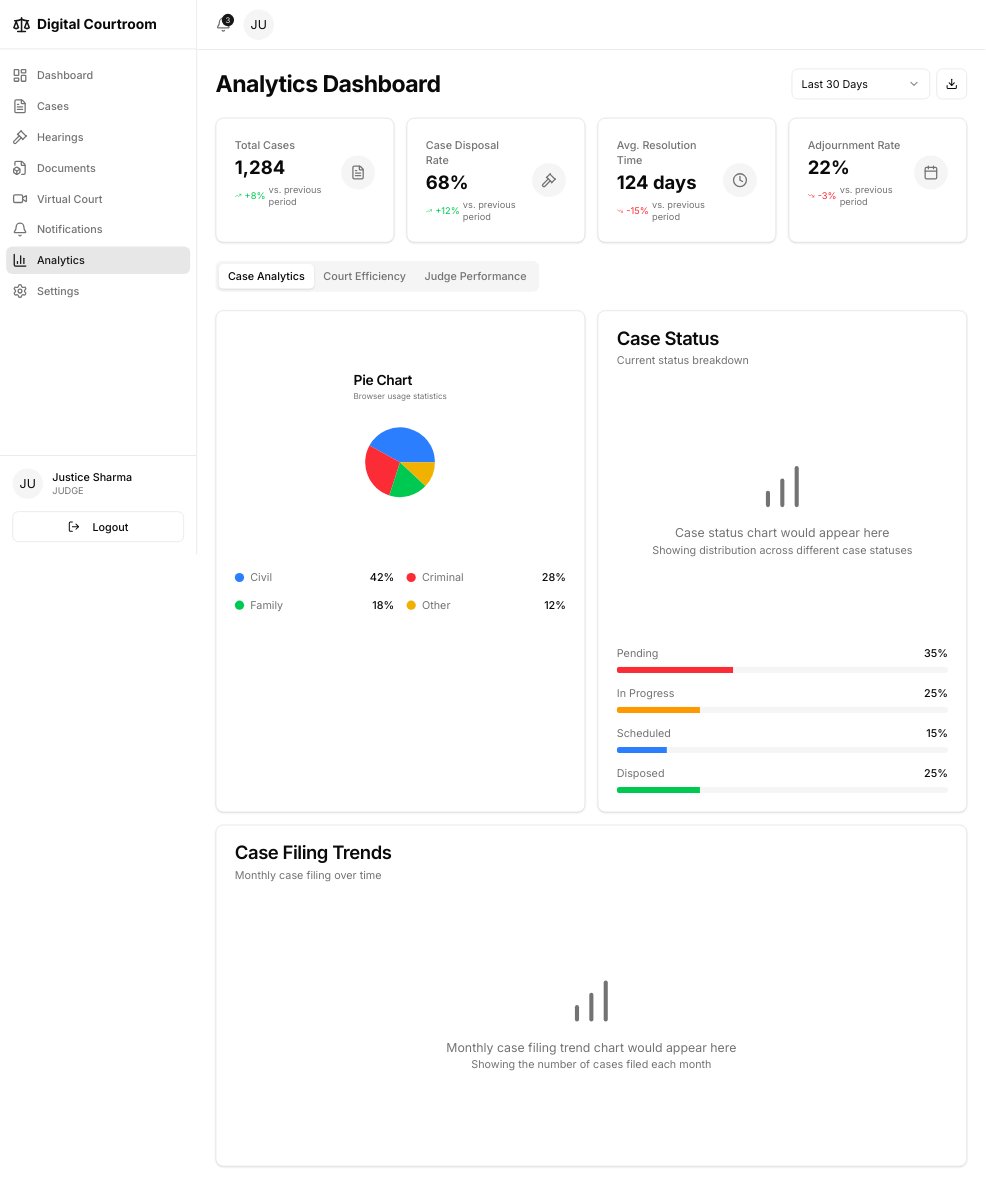
Repository: n0tank3sh/digicourt
Page: /analytics (app in frontend/)
The author's editor kept a copy of each file at every save. The page is drawn from the files as they stood at one save, then again after a run of saves.
The browser window is 1280 px wide. The pictures show the whole page, at 77% of full size.
The project was rebuilt for these pictures with package versions that can differ from the ones it lists, and the page was loaded fresh each time. The framework's server and built-in components were replaced by stand-ins that run in the browser. Also part of the build but not shown: frontend/next.config.ts.

Above is the page before, as saved 2025-03-26 22:30:46.

### frontend/src/components/ui/card.tsx
import * as React from "react"

import { cn } from "@/lib/utils"

const Card = React.forwardRef<
  HTMLDivElement,
  React.HTMLAttributes<HTMLDivElement>
>(({ className, ...props }, ref) => (
  <div
    ref={ref}
    className={cn(
      "rounded-lg border bg-card text-card-foreground shadow-sm",
      className
    )}
    {...props}
  />
))
Card.displayName = "Card"

const CardHeader = React.forwardRef<
  HTMLDivElement,
  React.HTMLAttributes<HTMLDivElement>
>(({ className, ...props }, ref) => (
  <div
    ref={ref}
    className={cn("flex flex-col space-y-1.5 p-6", className)}
    {...props}
  />
))
CardHeader.displayName = "CardHeader"

const CardTitle = React.forwardRef<
  HTMLDivElement,
  React.HTMLAttributes<HTMLDivElement>
>(({ className, ...props }, ref) => (
  <div
    ref={ref}
    className={cn(
      "text-2xl font-semibold leading-none tracking-tight",
      className
    )}
    {...props}
  />
))
CardTitle.displayName = "CardTitle"

const CardDescription = React.forwardRef<
  HTMLDivElement,
  React.HTMLAttributes<HTMLDivElement>
>(({ className, ...props }, ref) => (
  <div
    ref={ref}
    className={cn("text-sm text-muted-foreground", className)}
    {...props}
  />
))
CardDescription.displayName = "CardDescription"

const CardContent = React.forwardRef<
  HTMLDivElement,
  React.HTMLAttributes<HTMLDivElement>
>(({ className, ...props }, ref) => (
  <div ref={ref} className={cn("p-6 pt-0", className)} {...props} />
))
CardContent.displayName = "CardContent"

const CardFooter = React.forwardRef<
  HTMLDivElement,
  React.HTMLAttributes<HTMLDivElement>
>(({ className, ...props }, ref) => (
  <div
    ref={ref}
    className={cn("flex items-center p-6 pt-0", className)}
    {...props}
  />
))
CardFooter.displayName = "CardFooter"

export { Card, CardHeader, CardFooter, CardTitle, CardDescription, CardContent }

### frontend/src/components/ui/tabs.tsx
"use client"

import * as React from "react"
import * as TabsPrimitive from "@radix-ui/react-tabs"

import { cn } from "@/lib/utils"

const Tabs = TabsPrimitive.Root

const TabsList = React.forwardRef<
  React.ElementRef<typeof TabsPrimitive.List>,
  React.ComponentPropsWithoutRef<typeof TabsPrimitive.List>
>(({ className, ...props }, ref) => (
  <TabsPrimitive.List
    ref={ref}
    className={cn(
      "inline-flex h-10 items-center justify-center rounded-md bg-muted p-1 text-muted-foreground",
      className
    )}
    {...props}
  />
))
TabsList.displayName = TabsPrimitive.List.displayName

const TabsTrigger = React.forwardRef<
  React.ElementRef<typeof TabsPrimitive.Trigger>,
  React.ComponentPropsWithoutRef<typeof TabsPrimitive.Trigger>
>(({ className, ...props }, ref) => (
  <TabsPrimitive.Trigger
    ref={ref}
    className={cn(
      "inline-flex items-center justify-center whitespace-nowrap rounded-sm px-3 py-1.5 text-sm font-medium ring-offset-background transition-all focus-visible:outline-none focus-visible:ring-2 focus-visible:ring-ring focus-visible:ring-offset-2 disabled:pointer-events-none disabled:opacity-50 data-[state=active]:bg-background data-[state=active]:text-foreground data-[state=active]:shadow-sm",
      className
    )}
    {...props}
  />
))
TabsTrigger.displayName = TabsPrimitive.Trigger.displayName

const TabsContent = React.forwardRef<
  React.ElementRef<typeof TabsPrimitive.Content>,
  React.ComponentPropsWithoutRef<typeof TabsPrimitive.Content>
>(({ className, ...props }, ref) => (
  <TabsPrimitive.Content
    ref={ref}
    className={cn(
      "mt-2 ring-offset-background focus-visible:outline-none focus-visible:ring-2 focus-visible:ring-ring focus-visible:ring-offset-2",
      className
    )}
    {...props}
  />
))
TabsContent.displayName = TabsPrimitive.Content.displayName

export { Tabs, TabsList, TabsTrigger, TabsContent }

### frontend/src/components/ui/select.tsx
"use client"

import * as React from "react"
import * as SelectPrimitive from "@radix-ui/react-select"
import { Check, ChevronDown, ChevronUp } from "lucide-react"

import { cn } from "@/lib/utils"

const Select = SelectPrimitive.Root

const SelectGroup = SelectPrimitive.Group

const SelectValue = SelectPrimitive.Value

const SelectTrigger = React.forwardRef<
  React.ElementRef<typeof SelectPrimitive.Trigger>,
  React.ComponentPropsWithoutRef<typeof SelectPrimitive.Trigger>
>(({ className, children, ...props }, ref) => (
  <SelectPrimitive.Trigger
    ref={ref}
    className={cn(
      "flex h-10 w-full items-center justify-between rounded-md border border-input bg-background px-3 py-2 text-sm ring-offset-background placeholder:text-muted-foreground focus:outline-none focus:ring-2 focus:ring-ring focus:ring-offset-2 disabled:cursor-not-allowed disabled:opacity-50 [&>span]:line-clamp-1",
      className
    )}
    {...props}
  >
    {children}
    <SelectPrimitive.Icon asChild>
      <ChevronDown className="h-4 w-4 opacity-50" />
    </SelectPrimitive.Icon>
  </SelectPrimitive.Trigger>
))
SelectTrigger.displayName = SelectPrimitive.Trigger.displayName

const SelectScrollUpButton = React.forwardRef<
  React.ElementRef<typeof SelectPrimitive.ScrollUpButton>,
  React.ComponentPropsWithoutRef<typeof SelectPrimitive.ScrollUpButton>
>(({ className, ...props }, ref) => (
  <SelectPrimitive.ScrollUpButton
    ref={ref}
    className={cn(
      "flex cursor-default items-center justify-center py-1",
      className
    )}
    {...props}
  >
    <ChevronUp className="h-4 w-4" />
  </SelectPrimitive.ScrollUpButton>
))
SelectScrollUpButton.displayName = SelectPrimitive.ScrollUpButton.displayName

const SelectScrollDownButton = React.forwardRef<
  React.ElementRef<typeof SelectPrimitive.ScrollDownButton>,
  React.ComponentPropsWithoutRef<typeof SelectPrimitive.ScrollDownButton>
>(({ className, ...props }, ref) => (
  <SelectPrimitive.ScrollDownButton
    ref={ref}
    className={cn(
      "flex cursor-default items-center justify-center py-1",
      className
    )}
    {...props}
  >
    <ChevronDown className="h-4 w-4" />
  </SelectPrimitive.ScrollDownButton>
))
SelectScrollDownButton.displayName =
  SelectPrimitive.ScrollDownButton.displayName

const SelectContent = React.forwardRef<
  React.ElementRef<typeof SelectPrimitive.Content>,
  React.ComponentPropsWithoutRef<typeof SelectPrimitive.Content>
>(({ className, children, position = "popper", ...props }, ref) => (
  <SelectPrimitive.Portal>
    <SelectPrimitive.Content
      ref={ref}
      className={cn(
        "relative z-50 max-h-96 min-w-[8rem] overflow-hidden rounded-md border bg-popover text-popover-foreground shadow-md data-[state=open]:animate-in data-[state=closed]:animate-out data-[state=closed]:fade-out-0 data-[state=open]:fade-in-0 data-[state=closed]:zoom-out-95 data-[state=open]:zoom-in-95 data-[side=bottom]:slide-in-from-top-2 data-[side=left]:slide-in-from-right-2 data-[side=right]:slide-in-from-left-2 data-[side=top]:slide-in-from-bottom-2",
        position === "popper" &&
          "data-[side=bottom]:translate-y-1 data-[side=left]:-translate-x-1 data-[side=right]:translate-x-1 data-[side=top]:-translate-y-1",
        className
      )}
      position={position}
      {...props}
    >
      <SelectScrollUpButton />
      <SelectPrimitive.Viewport
        className={cn(
          "p-1",
          position === "popper" &&
            "h-[var(--radix-select-trigger-height)] w-full min-w-[var(--radix-select-trigger-width)]"
        )}
      >
        {children}
      </SelectPrimitive.Viewport>
      <SelectScrollDownButton />
    </SelectPrimitive.Content>
  </SelectPrimitive.Portal>
))
SelectContent.displayName = SelectPrimitive.Content.displayName

const SelectLabel = React.forwardRef<
  React.ElementRef<typeof SelectPrimitive.Label>,
  React.ComponentPropsWithoutRef<typeof SelectPrimitive.Label>
>(({ className, ...props }, ref) => (
  <SelectPrimitive.Label
    ref={ref}
    className={cn("py-1.5 pl-8 pr-2 text-sm font-semibold", className)}
    {...props}
  />
))
SelectLabel.displayName = SelectPrimitive.Label.displayName

const SelectItem = React.forwardRef<
  React.ElementRef<typeof SelectPrimitive.Item>,
  React.ComponentPropsWithoutRef<typeof SelectPrimitive.Item>
>(({ className, children, ...props }, ref) => (
  <SelectPrimitive.Item
    ref={ref}
    className={cn(
      "relative flex w-full cursor-default select-none items-center rounded-sm py-1.5 pl-8 pr-2 text-sm outline-none focus:bg-accent focus:text-accent-foreground data-[disabled]:pointer-events-none data-[disabled]:opacity-50",
      className
    )}
    {...props}
  >
    <span className="absolute left-2 flex h-3.5 w-3.5 items-center justify-center">
      <SelectPrimitive.ItemIndicator>
        <Check className="h-4 w-4" />
      </SelectPrimitive.ItemIndicator>
    </span>

    <SelectPrimitive.ItemText>{children}</SelectPrimitive.ItemText>
  </SelectPrimitive.Item>
))
SelectItem.displayName = SelectPrimitive.Item.displayName

const SelectSeparator = React.forwardRef<
  React.ElementRef<typeof SelectPrimitive.Separator>,
  React.ComponentPropsWithoutRef<typeof SelectPrimitive.Separator>
>(({ className, ...props }, ref) => (
  <SelectPrimitive.Separator
    ref={ref}
    className={cn("-mx-1 my-1 h-px bg-muted", className)}
    {...props}
  />
))
SelectSeparator.displayName = SelectPrimitive.Separator.displayName

export {
  Select,
  SelectGroup,
  SelectValue,
  SelectTrigger,
  SelectContent,
  SelectLabel,
  SelectItem,
  SelectSeparator,
  SelectScrollUpButton,
  SelectScrollDownButton,
}

### frontend/src/types/index.ts
// User Types
export enum UserRole {
  JUDGE = "JUDGE",
  LAWYER = "LAWYER",
  COURT_STAFF = "COURT_STAFF",
  CITIZEN = "CITIZEN",
  ADMIN = "ADMIN",
}

export interface User {
  id: string
  name: string
  email: string
  role: UserRole
  barId?: string // For lawyers
  courtId?: string // For judges and court staff
  createdAt: Date
  updatedAt: Date
}

// Case Types
export enum CaseStatus {
  FILED = "FILED",
  PENDING = "PENDING",
  IN_PROGRESS = "IN_PROGRESS",
  SCHEDULED = "SCHEDULED",
  ADJOURNED = "ADJOURNED",
  DISPOSED = "DISPOSED",
  CLOSED = "CLOSED",
}

export enum CaseType {
  CIVIL = "CIVIL",
  CRIMINAL = "CRIMINAL",
  FAMILY = "FAMILY",
  CORPORATE = "CORPORATE",
  CONSTITUTIONAL = "CONSTITUTIONAL",
  OTHER = "OTHER",
}

export interface Case {
  id: string
  caseNumber: string
  title: string
  description: string
  type: CaseType
  status: CaseStatus
  filingDate: Date
  plaintiffs: string[] // IDs of involved parties
  defendants: string[] // IDs of involved parties
  judgerId?: string
  courtId: string
  createdAt: Date
  updatedAt: Date
}

// Hearing Types
export enum HearingType {
  PHYSICAL = "PHYSICAL",
  VIRTUAL = "VIRTUAL",
  HYBRID = "HYBRID",
}

export enum HearingStatus {
  SCHEDULED = "SCHEDULED",
  IN_PROGRESS = "IN_PROGRESS",
  COMPLETED = "COMPLETED",
  ADJOURNED = "ADJOURNED",
  CANCELLED = "CANCELLED",
}

export interface Hearing {
  id: string
  caseId: string
  scheduledDate: Date
  actualDate?: Date
  type: HearingType
  status: HearingStatus
  location: string // Court room or virtual link
  notes?: string
  attendees: string[] // IDs of attendees
  createdAt: Date
  updatedAt: Date
}

// Document Types
export enum DocumentType {
  PETITION = "PETITION",
  EVIDENCE = "EVIDENCE",
  AFFIDAVIT = "AFFIDAVIT",
  JUDGMENT = "JUDGMENT",
  ORDER = "ORDER",
  NOTICE = "NOTICE",
  OTHER = "OTHER",
}

export interface Document {
  id: string
  caseId: string
  title: string
  type: DocumentType
  fileUrl: string
  fileSize: number
  mimeType: string
  uploadedBy: string // User ID
  isPublic: boolean
  version: number
  createdAt: Date
  updatedAt: Date
}

// Notification Types
export enum NotificationType {
  CASE_UPDATE = "CASE_UPDATE",
  HEARING_SCHEDULED = "HEARING_SCHEDULED",
  HEARING_RESCHEDULED = "HEARING_RESCHEDULED",
  DOCUMENT_UPLOADED = "DOCUMENT_UPLOADED",
  SUMMONS = "SUMMONS",
  JUDGMENT_DELIVERED = "JUDGMENT_DELIVERED",
  OTHER = "OTHER",
}

export interface Notification {
  id: string
  userId: string
  type: NotificationType
  title: string
  message: string
  relatedId?: string // ID of related entity (case, hearing, etc.)
  isRead: boolean
  createdAt: Date
}

// Court Types
export interface Court {
  id: string
  name: string
  type: string
  address: string
  jurisdiction: string
  contactNumber: string
  email: string
  createdAt: Date
  updatedAt: Date
}

// Analytics Types
export interface CaseAnalytics {
  totalCases: number
  pendingCases: number
  disposedCases: number
  averageDisposalTime: number // in days
  casesByType: Record<CaseType, number>
  casesByStatus: Record<CaseStatus, number>
  monthlyCaseFiling: { month: string; count: number }[]
}

export interface CourtAnalytics {
  totalHearings: number
  completedHearings: number
  adjournedHearings: number
  averageHearingDuration: number // in minutes
  hearingsByType: Record<HearingType, number>
  courtUtilization: number // percentage
}

### frontend/src/components/ui/button.tsx
import * as React from "react"
import { Slot } from "@radix-ui/react-slot"
import { cva, type VariantProps } from "class-variance-authority"

import { cn } from "@/lib/utils"

const buttonVariants = cva(
  "inline-flex items-center justify-center gap-2 whitespace-nowrap rounded-md text-sm font-medium ring-offset-background transition-colors focus-visible:outline-none focus-visible:ring-2 focus-visible:ring-ring focus-visible:ring-offset-2 disabled:pointer-events-none disabled:opacity-50 [&_svg]:pointer-events-none [&_svg]:size-4 [&_svg]:shrink-0",
  {
    variants: {
      variant: {
        default: "bg-primary text-primary-foreground hover:bg-primary/90",
        destructive:
          "bg-destructive text-destructive-foreground hover:bg-destructive/90",
        outline:
          "border border-input bg-background hover:bg-accent hover:text-accent-foreground",
        secondary:
          "bg-secondary text-secondary-foreground hover:bg-secondary/80",
        ghost: "hover:bg-accent hover:text-accent-foreground",
        link: "text-primary underline-offset-4 hover:underline",
      },
      size: {
        default: "h-10 px-4 py-2",
        sm: "h-9 rounded-md px-3",
        lg: "h-11 rounded-md px-8",
        icon: "h-10 w-10",
      },
    },
    defaultVariants: {
      variant: "default",
      size: "default",
    },
  }
)

export interface ButtonProps
  extends React.ButtonHTMLAttributes<HTMLButtonElement>,
    VariantProps<typeof buttonVariants> {
  asChild?: boolean
}

const Button = React.forwardRef<HTMLButtonElement, ButtonProps>(
  ({ className, variant, size, asChild = false, ...props }, ref) => {
    const Comp = asChild ? Slot : "button"
    return (
      <Comp
        className={cn(buttonVariants({ variant, size, className }))}
        ref={ref}
        {...props}
      />
    )
  }
)
Button.displayName = "Button"

export { Button, buttonVariants }

### frontend/src/components/ui/piechart.tsx
"use client"
import { TrendingUp } from "lucide-react"
import { Pie, PieChart } from "recharts"
import {
    Card,
    CardContent,
    CardDescription,
    CardHeader,
    CardTitle,

} from "@/components/ui/card"
import {
    ChartConfig,
    ChartContainer,
    ChartTooltip,
    ChartTooltipContent,
} from "@/components/ui/chart"
const chartData = [
    { browser: "Civil", visitors: 42, fill: "var(--color-blue-500)" },
    { browser: "Criminal", visitors: 28, fill: "var(--color-red-500)" },
    { browser: "Family", visitors: 18, fill: "var(--color-green-500)" },
    { browser: "other", visitors: 12, fill: "var(--color-yellow-500)" },
]
const chartConfig = {
    visitors: {
        label: "Visitors",
    },
    chrome: {
        label: "Chrome",
        color: "hsl(var(--chart-1))",
    },
    safari: {
        label: "Safari",
        color: "hsl(var(--chart-2))",
    },
    firefox: {
        label: "Firefox",
        color: "hsl(var(--chart-3))",
    },
    edge: {
        label: "Edge",
        color: "hsl(var(--chart-4))",
    },
    other: {
        label: "Other",
        color: "hsl(var(--chart-5))",
    },
} satisfies ChartConfig
export function PieChartComponent() {
    return (
        <Card className="flex flex-col shadow-none scale-75 border-none p-10 ">
            <CardHeader className="bg-transparent">
               <CardTitle>Pie Chart</CardTitle>
                <CardDescription>Browser usage statistics</CardDescription>

            </CardHeader>
            <CardContent className="flex-1 pb-0 ">
                <ChartContainer
                    config={chartConfig}
                    className="mx-auto   aspect-square max-h-[250px] pb-0 [&_.recharts-pie-label-text]:fill-foreground"
                >
                    <PieChart>
                        <ChartTooltip content={<ChartTooltipContent hideLabel/>} />
                        <Pie data={chartData} dataKey="visitors"  nameKey="browser" />
                    </PieChart>
                </ChartContainer>
            </CardContent>

        </Card>
    )
}

### frontend/src/components/ui/avatar.tsx
"use client"

import * as React from "react"
import * as AvatarPrimitive from "@radix-ui/react-avatar"

import { cn } from "@/lib/utils"

const Avatar = React.forwardRef<
  React.ElementRef<typeof AvatarPrimitive.Root>,
  React.ComponentPropsWithoutRef<typeof AvatarPrimitive.Root>
>(({ className, ...props }, ref) => (
  <AvatarPrimitive.Root
    ref={ref}
    className={cn(
      "relative flex h-10 w-10 shrink-0 overflow-hidden rounded-full",
      className
    )}
    {...props}
  />
))
Avatar.displayName = AvatarPrimitive.Root.displayName

const AvatarImage = React.forwardRef<
  React.ElementRef<typeof AvatarPrimitive.Image>,
  React.ComponentPropsWithoutRef<typeof AvatarPrimitive.Image>
>(({ className, ...props }, ref) => (
  <AvatarPrimitive.Image
    ref={ref}
    className={cn("aspect-square h-full w-full", className)}
    {...props}
  />
))
AvatarImage.displayName = AvatarPrimitive.Image.displayName

const AvatarFallback = React.forwardRef<
  React.ElementRef<typeof AvatarPrimitive.Fallback>,
  React.ComponentPropsWithoutRef<typeof AvatarPrimitive.Fallback>
>(({ className, ...props }, ref) => (
  <AvatarPrimitive.Fallback
    ref={ref}
    className={cn(
      "flex h-full w-full items-center justify-center rounded-full bg-muted",
      className
    )}
    {...props}
  />
))
AvatarFallback.displayName = AvatarPrimitive.Fallback.displayName

export { Avatar, AvatarImage, AvatarFallback }

### frontend/src/components/ui/sheet.tsx
"use client"

import * as React from "react"
import * as SheetPrimitive from "@radix-ui/react-dialog"
import { cva, type VariantProps } from "class-variance-authority"
import { X } from "lucide-react"

import { cn } from "@/lib/utils"

const Sheet = SheetPrimitive.Root

const SheetTrigger = SheetPrimitive.Trigger

const SheetClose = SheetPrimitive.Close

const SheetPortal = SheetPrimitive.Portal

const SheetOverlay = React.forwardRef<
  React.ElementRef<typeof SheetPrimitive.Overlay>,
  React.ComponentPropsWithoutRef<typeof SheetPrimitive.Overlay>
>(({ className, ...props }, ref) => (
  <SheetPrimitive.Overlay
    className={cn(
      "fixed inset-0 z-50 bg-black/80  data-[state=open]:animate-in data-[state=closed]:animate-out data-[state=closed]:fade-out-0 data-[state=open]:fade-in-0",
      className
    )}
    {...props}
    ref={ref}
  />
))
SheetOverlay.displayName = SheetPrimitive.Overlay.displayName

const sheetVariants = cva(
  "fixed z-50 gap-4 bg-background p-6 shadow-lg transition ease-in-out data-[state=open]:animate-in data-[state=closed]:animate-out data-[state=closed]:duration-300 data-[state=open]:duration-500",
  {
    variants: {
      side: {
        top: "inset-x-0 top-0 border-b data-[state=closed]:slide-out-to-top data-[state=open]:slide-in-from-top",
        bottom:
          "inset-x-0 bottom-0 border-t data-[state=closed]:slide-out-to-bottom data-[state=open]:slide-in-from-bottom",
        left: "inset-y-0 left-0 h-full w-3/4 border-r data-[state=closed]:slide-out-to-left data-[state=open]:slide-in-from-left sm:max-w-sm",
        right:
          "inset-y-0 right-0 h-full w-3/4  border-l data-[state=closed]:slide-out-to-right data-[state=open]:slide-in-from-right sm:max-w-sm",
      },
    },
    defaultVariants: {
      side: "right",
    },
  }
)

interface SheetContentProps
  extends React.ComponentPropsWithoutRef<typeof SheetPrimitive.Content>,
    VariantProps<typeof sheetVariants> {}

const SheetContent = React.forwardRef<
  React.ElementRef<typeof SheetPrimitive.Content>,
  SheetContentProps
>(({ side = "right", className, children, ...props }, ref) => (
  <SheetPortal>
    <SheetOverlay />
    <SheetPrimitive.Content
      ref={ref}
      className={cn(sheetVariants({ side }), className)}
      {...props}
    >
      {children}
      <SheetPrimitive.Close className="absolute right-4 top-4 rounded-sm opacity-70 ring-offset-background transition-opacity hover:opacity-100 focus:outline-none focus:ring-2 focus:ring-ring focus:ring-offset-2 disabled:pointer-events-none data-[state=open]:bg-secondary">
        <X className="h-4 w-4" />
        <span className="sr-only">Close</span>
      </SheetPrimitive.Close>
    </SheetPrimitive.Content>
  </SheetPortal>
))
SheetContent.displayName = SheetPrimitive.Content.displayName

const SheetHeader = ({
  className,
  ...props
}: React.HTMLAttributes<HTMLDivElement>) => (
  <div
    className={cn(
      "flex flex-col space-y-2 text-center sm:text-left",
      className
    )}
    {...props}
  />
)
SheetHeader.displayName = "SheetHeader"

const SheetFooter = ({
  className,
  ...props
}: React.HTMLAttributes<HTMLDivElement>) => (
  <div
    className={cn(
      "flex flex-col-reverse sm:flex-row sm:justify-end sm:space-x-2",
      className
    )}
    {...props}
  />
)
SheetFooter.displayName = "SheetFooter"

const SheetTitle = React.forwardRef<
  React.ElementRef<typeof SheetPrimitive.Title>,
  React.ComponentPropsWithoutRef<typeof SheetPrimitive.Title>
>(({ className, ...props }, ref) => (
  <SheetPrimitive.Title
    ref={ref}
    className={cn("text-lg font-semibold text-foreground", className)}
    {...props}
  />
))
SheetTitle.displayName = SheetPrimitive.Title.displayName

const SheetDescription = React.forwardRef<
  React.ElementRef<typeof SheetPrimitive.Description>,
  React.ComponentPropsWithoutRef<typeof SheetPrimitive.Description>
>(({ className, ...props }, ref) => (
  <SheetPrimitive.Description
    ref={ref}
    className={cn("text-sm text-muted-foreground", className)}
    {...props}
  />
))
SheetDescription.displayName = SheetPrimitive.Description.displayName

export {
  Sheet,
  SheetPortal,
  SheetOverlay,
  SheetTrigger,
  SheetClose,
  SheetContent,
  SheetHeader,
  SheetFooter,
  SheetTitle,
  SheetDescription,
}

Loaded but not shown: frontend/src/app/layout.tsx (common file); frontend/src/components/theme-provider.tsx (common file); frontend/src/lib/utils.ts (common file); frontend/src/app/analytics/page.tsx (352 lines, source omitted); frontend/src/components/ui/chart.tsx (365 lines, source omitted); frontend/src/components/layout/main-layout.tsx (187 lines, source omitted); frontend/src/app/globals.css (200 lines, source omitted)

After the next 2 saves:
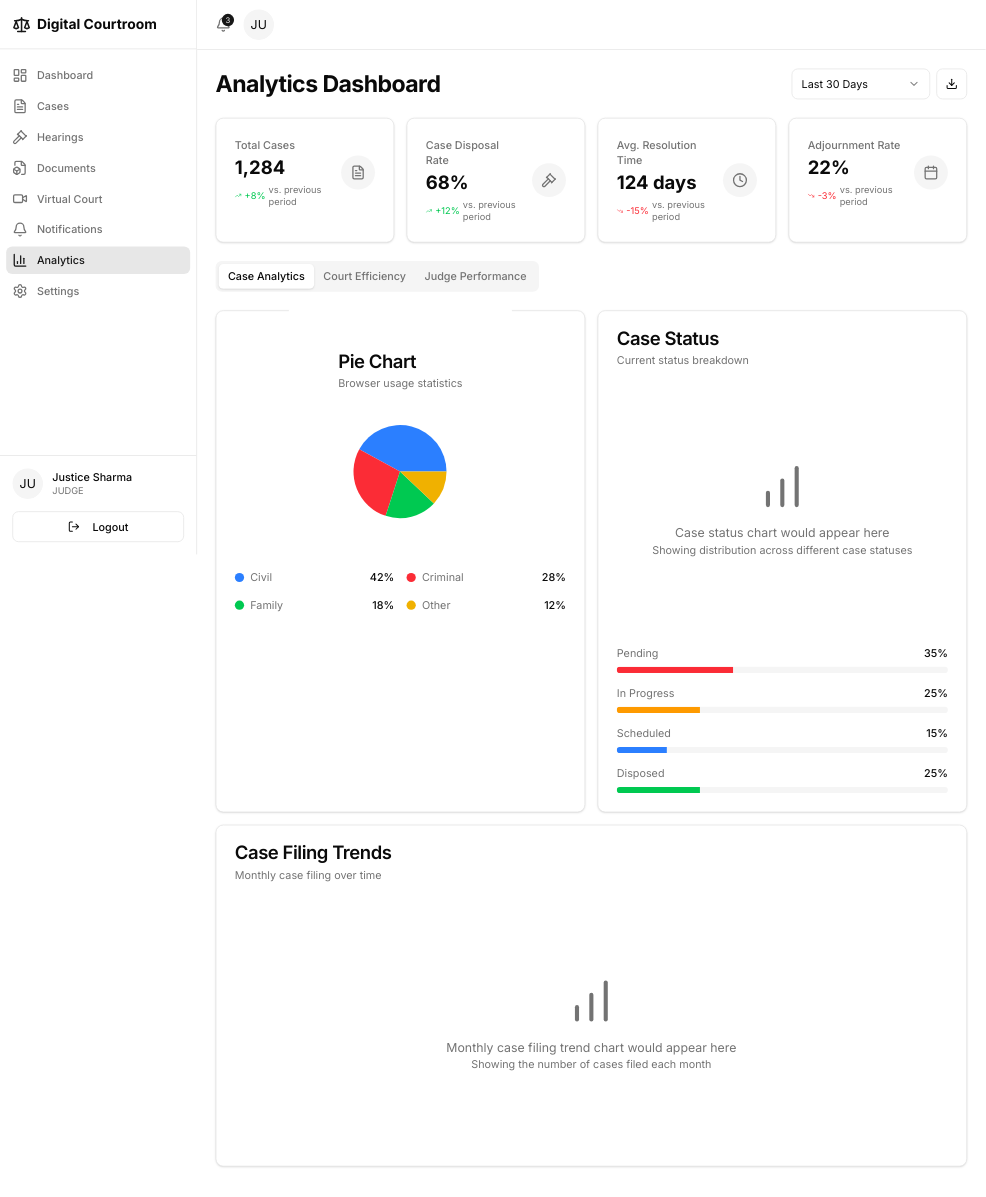
The 2 saves are shown as one change because they came seconds apart.
The last was saved 11 s later.
--- a/frontend/src/components/ui/piechart.tsx
+++ b/frontend/src/components/ui/piechart.tsx
@@ -48,7 +48,7 @@ const chartConfig = {
 } satisfies ChartConfig
 export function PieChartComponent() {
     return (
-        <Card className="flex flex-col shadow-none scale-75 border-none p-10 ">
+        <Card className="flex flex-col shadow-none  border-none p-10 ">
             <CardHeader className="bg-transparent">
                <CardTitle>Pie Chart</CardTitle>
                 <CardDescription>Browser usage statistics</CardDescription>
